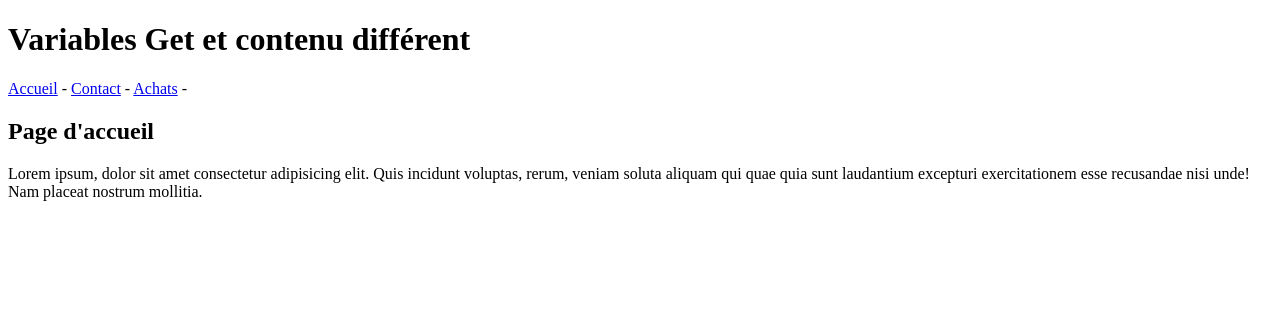
Repository: vicfir/base-php-2021
Page: http://localhost/11-variable-get-if.php?idpage=1
The author's editor kept a copy of each file at every save. The page is drawn from the files as they stood at one save, then again after the next save.
The browser window is 1280 px wide. The pictures show the whole page.
The page is run by PHP 8.4 with error messages shown; the project is at /var/www/html/.

Above is the page before, as saved 2021-09-06 14:37:41.

After the next save:
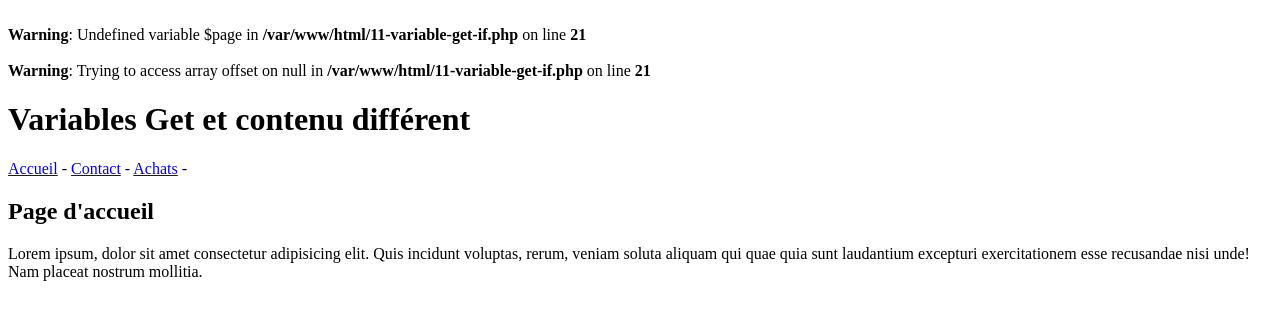
Saved 39 s later.
--- a/11-variable-get-if.php
+++ b/11-variable-get-if.php
@@ -18,7 +18,7 @@
 
 if (isset($_GET['idpage'])) {
     $id = (int) $_GET['idpage'];
-    if ($pages[$id] === null) {
+    if ($page[$id] === "") {
         $id = 0;
     }
     switch ($id) {
@@ -34,6 +34,9 @@
             $title = $pages[1]["titre"];
             $texte = $pages[1]["texte"];
     }
+} else {
+    $title = $pages[1]["titre"];
+    $texte = $pages[1]["texte"];
 }
 
 ?>

After the save that followed:
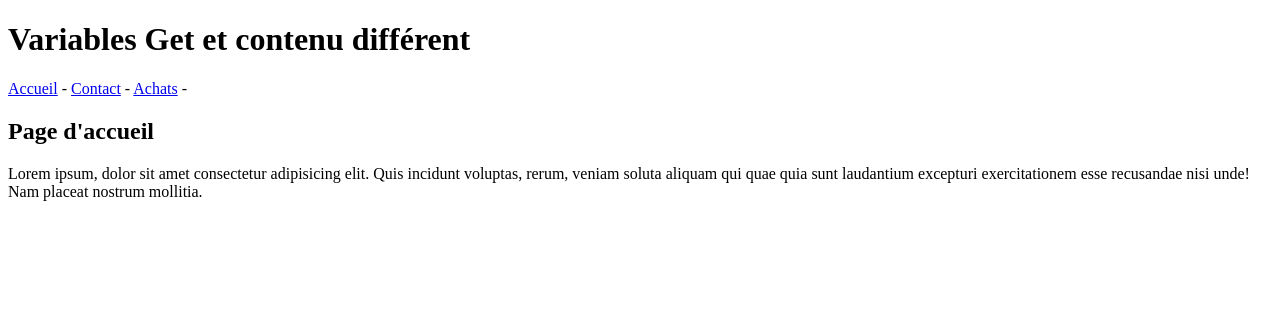
Saved 5 s later.
--- a/11-variable-get-if.php
+++ b/11-variable-get-if.php
@@ -18,9 +18,6 @@
 
 if (isset($_GET['idpage'])) {
     $id = (int) $_GET['idpage'];
-    if ($page[$id] === "") {
-        $id = 0;
-    }
     switch ($id) {
         case 0:
             $title = $pages[1]["titre"];
